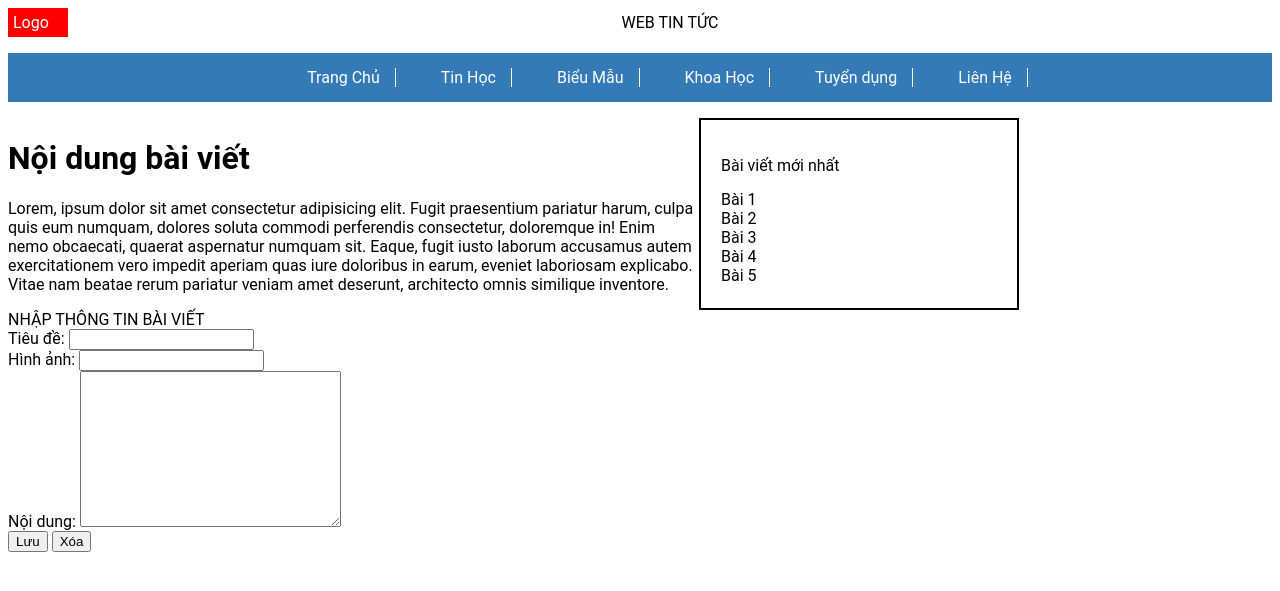
Repository: AnhDuc0125/HTML-Aptech
Page: bt2217/index.html
These files come from the project's save history. The page is drawn as it stood at one moment and after a run of saves; the edit follows.
The browser window is 1280 px wide. The pictures show the whole page.

Above is the page before, as saved 2021-12-25 12:52:39.

### bt2217/index.html
<!DOCTYPE html>
<html lang="en">
<head>
    <meta charset="UTF-8">
    <meta http-equiv="X-UA-Compatible" content="IE=edge">
    <meta name="viewport" content="width=device-width, initial-scale=1.0">
    <link rel="stylesheet" href="style.css">
    <title>Web quản lý tin tức</title>
</head>
<body>
    <header>
        <div class="header-top">
            <div class="header-top_left">Logo</div>
            <div class="header-top_right">WEB TIN TỨC</div>
        </div>
        <nav>
            <ul class="nav_bar">
                <li class="nav_item">Trang Chủ</li>
                <li class="nav_item">Tin Học</li>
                <li class="nav_item">Biểu Mẫu</li>
                <li class="nav_item">Khoa Học</li>
                <li class="nav_item">Tuyển dụng</li>
                <li class="nav_item">Liên Hệ</li>
            </ul>
        </nav>
    </header>
    <main>
        <div class="main_left">
            <h1>Nội dung bài viết</h1>
            <p>Lorem, ipsum dolor sit amet consectetur adipisicing elit. Fugit praesentium pariatur harum, culpa quis eum numquam, dolores soluta commodi perferendis consectetur, doloremque in! Enim nemo obcaecati, quaerat aspernatur numquam sit.
            Eaque, fugit iusto laborum accusamus autem exercitationem vero impedit aperiam quas iure doloribus in earum, eveniet laboriosam explicabo. Vitae nam beatae rerum pariatur veniam amet deserunt, architecto omnis similique inventore.</p>
        </div>
        <div class="main_right">
            <div class="main_right-inner">
                <ul class="new_post">
                    <p class="title_new_post">Bài viết mới nhất</p>
                    <li class="new_post_list">Bài 1</li>
                    <li class="new_post_list">Bài 2</li>
                    <li class="new_post_list">Bài 3</li>
                    <li class="new_post_list">Bài 4</li>
                    <li class="new_post_list">Bài 5</li>
                </ul>
            </div>
        </div>
    </main>
    <footer>
        NHẬP THÔNG TIN BÀI VIẾT
        <form>
            <div class="form-inner">
                <label for="">Tiêu đề: </label>
                <input type="text">
            </div>
            <div class="form-inner">
                <label for="">Hình ảnh: </label>
                <input type="text">
            </div>
            <div class="form-inner">
                <label for="">Nội dung: </label>
                <textarea name="" id="" cols="30" rows="10"></textarea>
            </div>
            <div class="form-inner">
                <button type="submit">Lưu</button>
                <button type="reset">Xóa</button>
            </div>
        </form>
    </footer>
</body>
</html>

### bt2217/style.css
body {
    font-family: roboto;
}

.header-top {
    display: flex;
    align-items: center;
}

.header-top_left {
    color: white;
    background-color: red;
    width: 50px;
    padding: 5px;
}

.header-top_right {
    margin: 0 auto;
}

.nav_bar {
    display: flex;
    list-style-type: none;
    background-color: #337ab7;
    justify-content: center;
}

.nav_item {
    padding: 0px 15px;
    margin: 15px;
    color: white;
    border-right: solid 0.5px white;
}

main {
    width: 80%;
    display: flex;
}

.main_left {
    width: 70%;
}

.main_right {
    width: 30%;
    padding: 10px;
    border: 2px solid black;
}

.new_post {
    list-style-type: none;
    padding: 10px;
    margin: 0px;
}

.title_new_post {
    margin-bottom: 15px;
}

After the next 2 saves:
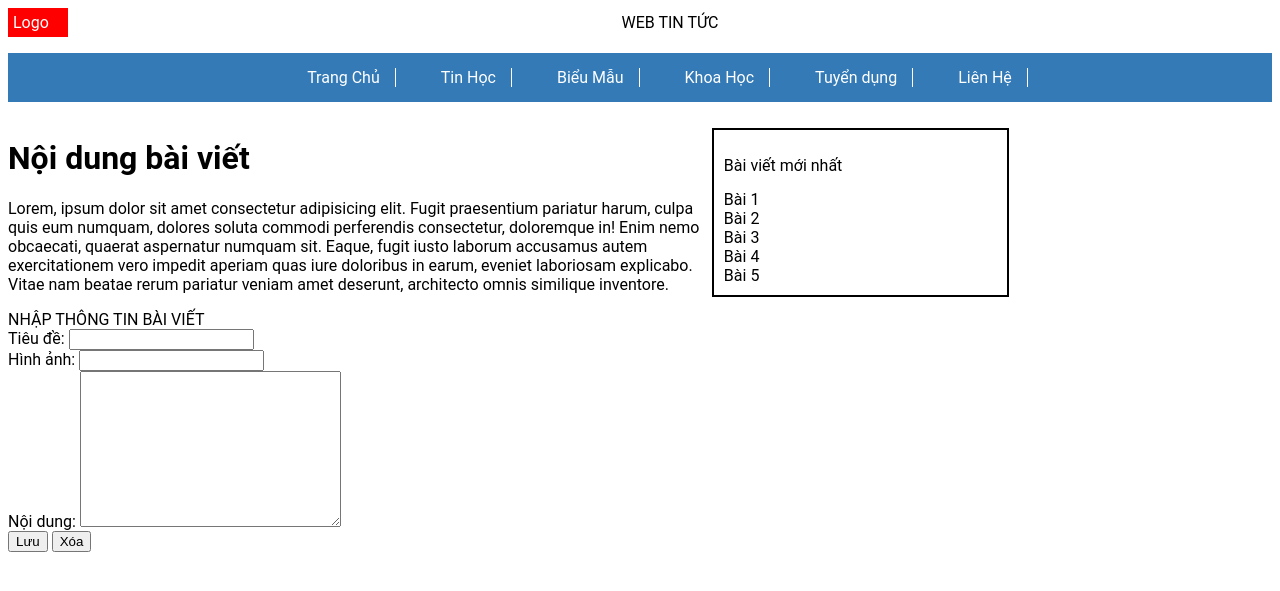
The 2 saves are shown as one change because they came seconds apart.
The last was saved 26 s later.
--- a/bt2217/style.css
+++ b/bt2217/style.css
@@ -44,13 +44,13 @@ main {
 .main_right {
     width: 30%;
     padding: 10px;
-    border: 2px solid black;
 }
 
 .new_post {
     list-style-type: none;
     padding: 10px;
     margin: 0px;
+    border: 2px solid black;
 }
 
 .title_new_post {
